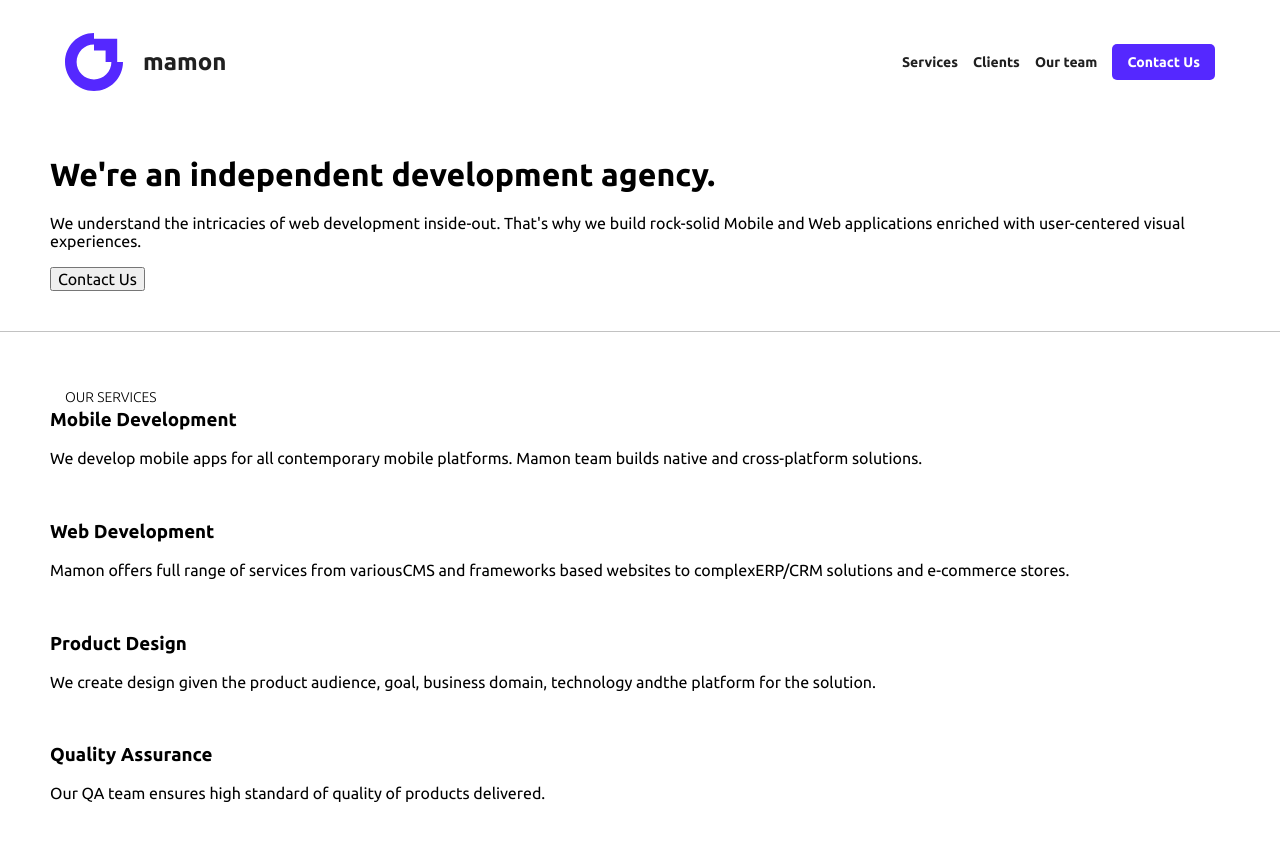
Repository: Vitalii23081984/testHGC
Page: index.html
The author's editor kept a copy of each file at every save. The page is drawn from the files as they stood at one save, then again after the next save.
The browser window is 1280 px wide. The pictures show the whole page.

Above is the page before, as saved 2022-11-20 14:51:18.

### index.html
<!DOCTYPE html>
<html lang="en">
<head>
    <meta charset="UTF-8">
    <meta http-equiv="X-UA-Compatible" content="IE=edge">
    <meta name="viewport" content="width=device-width, initial-scale=1.0">
    <title>Mamon</title>
    <link href="https://fonts.googleapis.com/css2?family=Ubuntu:wght@300;400;700&display=swap" rel="stylesheet">
    <link rel="stylesheet" href="https://cdnjs.cloudflare.com/ajax/libs/normalize/8.0.1/normalize.css">
    <link rel="stylesheet" href="css/style.css">
</head>
<body>
    <header>
        <div class="header">
            <a href="" class="logo">
                <span class="logo_img"></span>
                <span class="logo_text">mamon</span></a>
            <nav>
                <ul class="nav">
                    <li><a href="">Services</a></li>
                    <li><a href="">Clients</a></li>
                    <li><a href="">Our team</a></li>
                    <li><button class="nav_btn" type="button">Contact Us</button></li>
                </ul>
            </nav>
        </div>

    </header>
    <div class="page">
        <div class="wrap">
            <h1>We're an independent development agency.</h1>
            <p>We understand the intricacies of web development inside-out. That's why we build rock-solid Mobile and Web applications enriched with user-centered visual experiences.</p>
            <button type="button">Contact Us</button>
        </div>
    </div>
    <div class="page page-top">
        <div class="wrap">
            <h2>OUR SERVICES</h2>
            <div class="services">
                <div class="service-item">
                    <img src="" alt="">
                    <div>
                        <h3>Mobile Development</h3>
                        <p>We develop mobile apps for all contemporary mobile platforms. Mamon team builds native and cross-platform solutions.</p>
                    </div>
                </div>
                <div class="service-item">
                    <img src="" alt="">
                    <div>
                        <h3>Web Development</h3>
                        <p>Mamon offers full range of services from variousCMS and frameworks based websites to complexERP/CRM solutions and e-commerce stores.</p>
                    </div>
                </div>
                <div class="service-item">
                    <img src="" alt="">
                    <div>
                        <h3>Product Design</h3>
                        <p>We create design given the product audience, goal, business domain, technology andthe platform for the solution.</p>
                    </div>
                </div>
                <div class="service-item">
                    <img src="" alt="">
                    <div>
                        <h3>Quality Assurance</h3>
                        <p> Our QA team ensures high standard of quality of products delivered.</p>
                    </div>
                </div>

            </div>
        </div>

    </div>

</body>
</html>

### css/style.css
body {
    font-family: 'Ubuntu', sans-serif;

}
.header {
    width: 100%;
    max-width: 1180px;
    margin: 0 auto;
    padding-left: 15px;
    padding-right: 15px;
    padding-top: 30px;
    display: flex;
    justify-content: space-between;
    align-items: center;
    box-sizing: border-box;
    font-weight: 700;
}
.wrap {
    width: 100%;
    max-width: 1180px;
    margin: 0 auto;
    padding-left: 15px;
    padding-right: 15px;

}
.nav {
    list-style-type: none;
    display: flex;
    justify-content: flex-start;
    align-items: center;
    font-size: 14px;

}
.nav>li {
    margin-left: 15px;
}
.nav>li>a {
    text-decoration: none;
    color: #202020;
}
.nav_btn {
    background-color: #5528FF;
    border-radius: 5px;
    padding: 10px 15px;
    color: white;
    border: none;
    font-weight: 700;
}
.logo {
    display: flex;
    align-items: center;
    text-decoration: none;
}
.logo_img {
    display: block;
    width: 58px;
    height: 58px;
    background-image: url(../img/logo.svg);
    margin-right: 20px;
}
.logo_text {
    font-size: 24px;
    color: #202020;

}
.page {
    padding-top: 40px;
    padding-bottom: 40px;
    position: relative;
}
.page-top {
    border-top: 1px solid #c2c2c2;
}
.page h2 {
    position: absolute;
    font-size: 14px;
    font-weight: 300;
    background-color: white;
    padding: 5px 15px;

}

After the next save:
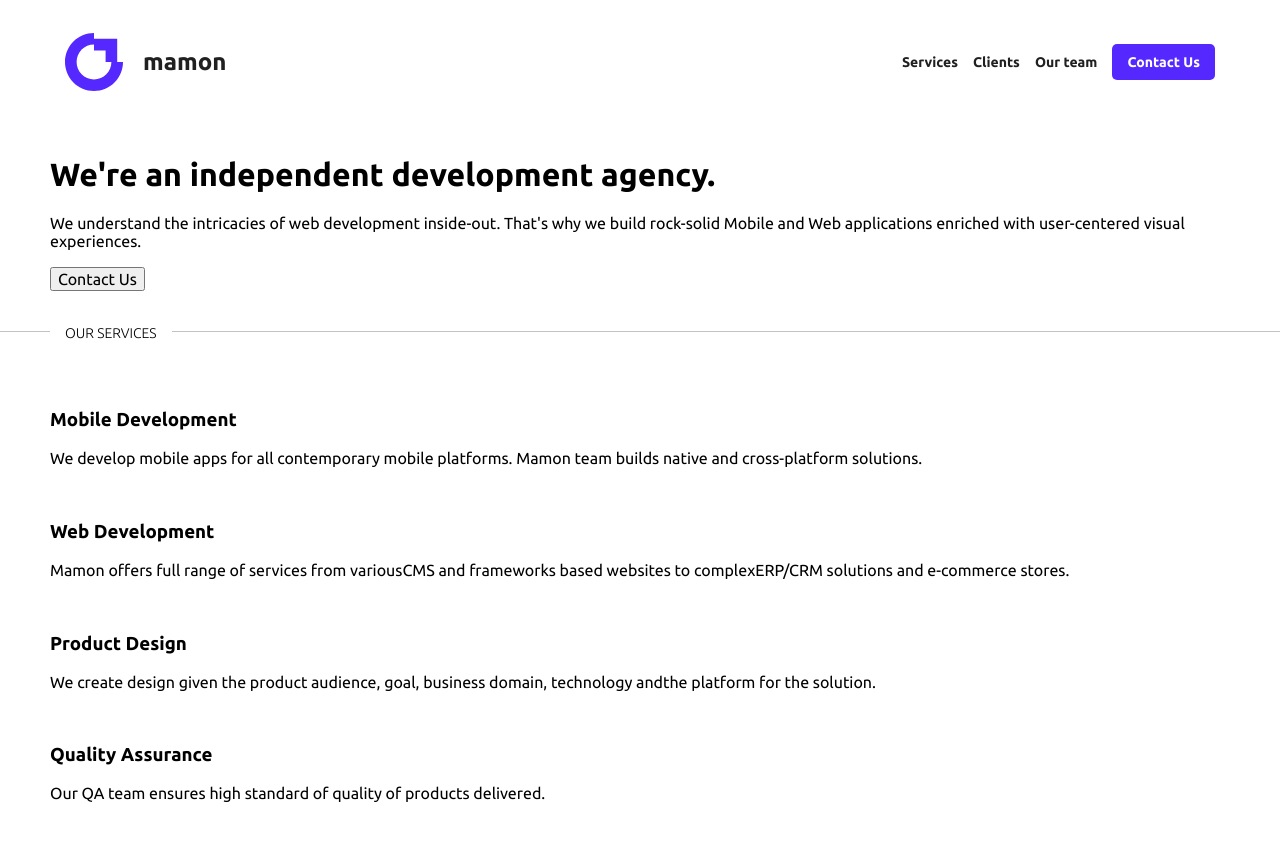
Saved 4 min 32 s later.
--- a/css/style.css
+++ b/css/style.css
@@ -73,6 +73,7 @@
 }
 .page h2 {
     position: absolute;
+    top: -24px;
     font-size: 14px;
     font-weight: 300;
     background-color: white;
